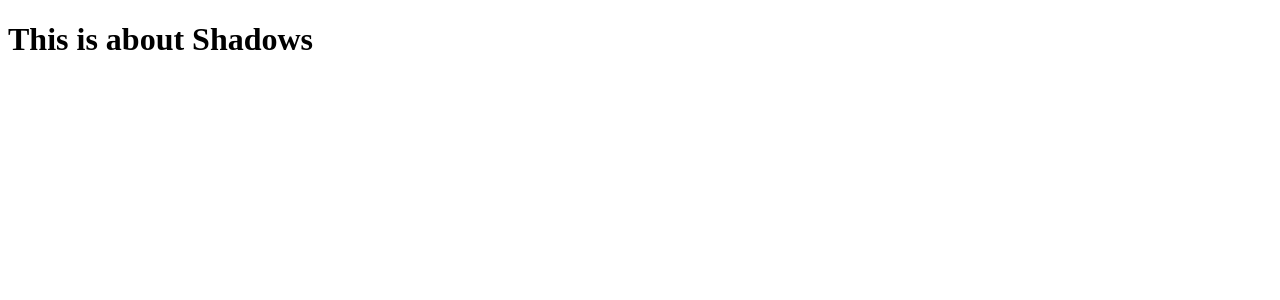
Repository: nottonofclay/csi_waymo
Page: shadows/shadows.html
The author's editor kept a copy of each file at every save. The page is drawn from the files as they stood at one save, then again after a run of saves.
The browser window is 1280 px wide. The pictures show the whole page.

Above is the page before, as saved 2023-07-06 12:04:09.

### shadows/shadows.html
<!DOCTYPE html>
<html lang="en">
<head>
    <meta charset="UTF-8">
    <meta name="viewport" content="width=device-width, initial-scale=1.0">
    <title>Document</title>
    <link rel="stylesheet" href="shadows.css">
</head>
<body>
    <h1>This is about Shadows</h1>
</body>
</html>

### shadows/shadows.css
/* x-axis || y-axis || spread*/
h1 {
    text-shadow: 5px -5px 3px red, -5px 5px 3px orange, ;
}

After the next 2 saves:
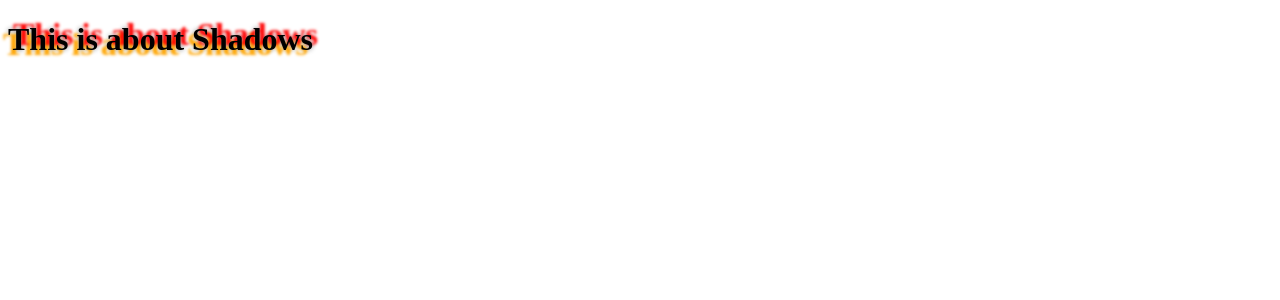
The 2 saves are shown as one change because they came seconds apart.
The last was saved 8 s later.
--- a/shadows/shadows.css
+++ b/shadows/shadows.css
@@ -1,4 +1,4 @@
 /* x-axis || y-axis || spread*/
 h1 {
-    text-shadow: 5px -5px 3px red, -5px 5px 3px orange, ;
+    text-shadow: 5px -5px 3px red, -5px 5px 3px orange, 0px 0px 5px grey;
 }

After the 3 saves that followed:
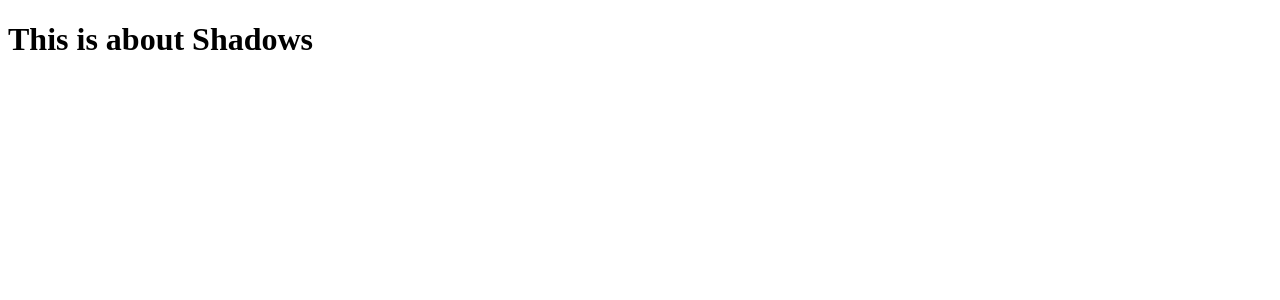
The 3 saves are shown as one change because they came seconds apart.
The last was saved 17 s later.
--- a/shadows/shadows.css
+++ b/shadows/shadows.css
@@ -1,4 +1,5 @@
 /* x-axis || y-axis || spread*/
 h1 {
-    text-shadow: 5px -5px 3px red, -5px 5px 3px orange, 0px 0px 5px grey;
+    /* text-shadow: 5px -5px 3px red, -5px 5px 3px orange, 0px 0px 5px grey; */
+    box-shadow:
 }
